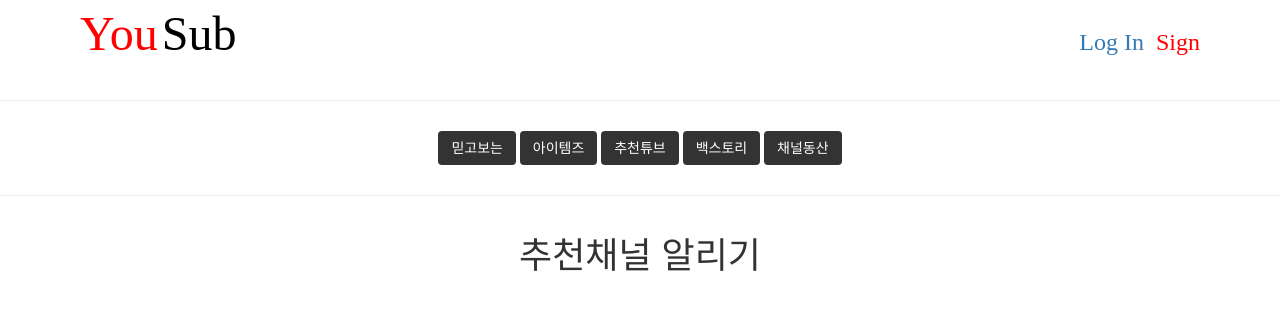
Repository: rkdeoqja/YouSub
Page: http://localhost/yousub/board/offerWrite.jsp
The author's editor kept a copy of each file at every save. The page is drawn from the files as they stood at one save, then again after the next save.
The browser window is 1280 px wide. The pictures show the whole page.
Some web fonts or font styles are not loaded; a fallback is used. The page is served by Tomcat 9.

Above is the page before, as saved 2019-10-16 14:46:21.

After the next save:
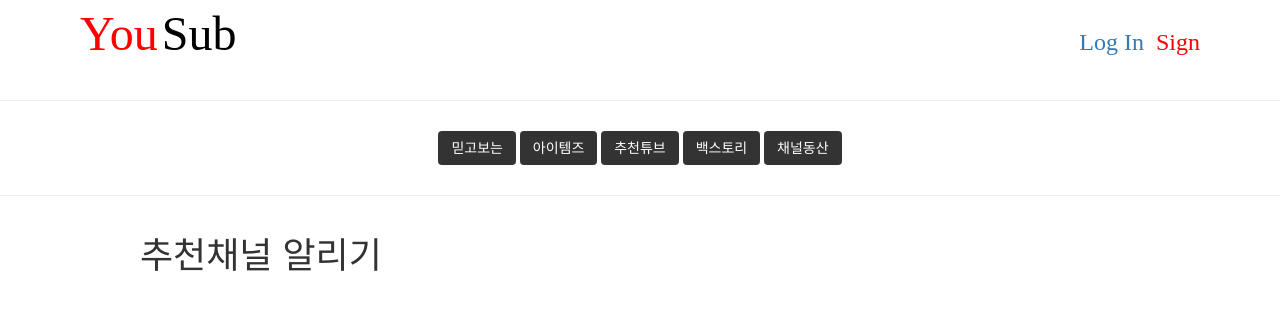
Saved 16 s later.
--- a/yousub/WebContent/board/offerWrite.jsp
+++ b/yousub/WebContent/board/offerWrite.jsp
@@ -17,7 +17,7 @@
 	<div>
 		<jsp:include page="../main_menu.jsp"></jsp:include>
 	</div>
-	<table align=center>
+	<table border='0' width='1000' cellspacing='0' cellpadding='2' align=center>
 		<tr>
 			<th><h1>추천채널 알리기</h1></th>
 		</tr>
